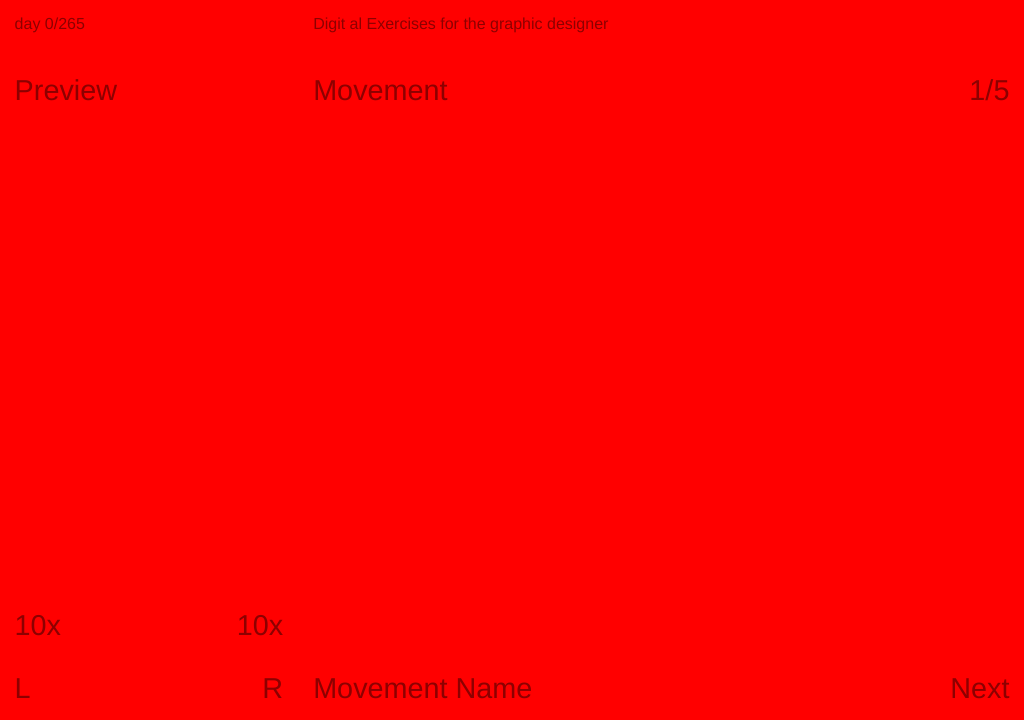
Repository: NoIdeasStudio/holiday-card-2024
Page: digit-al-exercises.html
These files come from the project's save history. The page is drawn as it stood at one moment and after the next save; the edit follows.
The browser window is 1024 px wide. The pictures show the whole page.

Above is the page before, as saved 2024-12-04 13:14:31.

### digit-al-exercises.html
<!DOCTYPE html>
<html lang="en">
<head>
    <meta charset="UTF-8">
    <meta name="viewport" content="width=device-width, initial-scale=1.0">
    <title>digit-al exercises</title>
    <link rel="stylesheet" href="style.css">
</head>
<body>

    <div class="wrapper">
        <header class="small-text header-1">day 0/265</header>
        <header class="small-text header-2">Digit al Exercises for the graphic designer</header>

        <content class="large-text content-header-1">Preview</content>
        <content class="large-text content-header-2">Movement</content>
        <content class="large-text content-header-3"><a href="http://"></a>1/5</content>

        <footer class="large-text content-footer-1">10x 10x</footer>
        <footer class="large-text content-footer-2">L R</footer>
        <footer class="large-text content-footer-3">Movement Name</footer>
        <footer class="large-text content-footer-4"><a href="http://">Next</a></footer>

      </div>

</body>
</html>

### style.css
* {
    box-sizing: border-box;
    background-color: #FF0000;
    color: #8D0000;
    margin: 0%;
    padding: 0%;
  }

  .wrapper {
    height: 100vh;
    width: 100vw;
    position: fixed;
    margin: 0 auto;
    display: grid;
    grid-template-columns: repeat(6, [col-start] 4fr);
    grid-template-rows: repeat(12, [row-start] 4fr);
    gap: 20px;
    padding: .6em;

  }

  .wrapper > * {
    padding: 5px;
  }

  .large-text{
    font: 1.8em Helvetica, arial, sans-serif;
  }
  .small-text{
    font: 1em Helvetica, arial, sans-serif;
  }
  a{
    text-decoration: none;
  }
  a:hover{
    text-decoration: underline dashed ;
    text-underline-offset: .15em;
  }
  .header-1{
    grid-column: col-start 1 / span 1;
    grid-row: 1 / 1;
  }
  .header-2{
    grid-column: col-start 2 / span 1;
    grid-row: 1 / 1;
  }
  .content-header-1{
    grid-column: col-start 1 / span 1;
    grid-row: 2 ;
  }
  .content-header-2{
    grid-column: col-start 3 / span 2;
    grid-row: 2 ;
  }
  .content-header-3{
    grid-column: col-start 5 / span 2;
    grid-row: 2 ;
    text-align: right;
  }

  .content-footer-1{
    grid-column: col-start 1 / span 1;
    grid-row: 11 ;
    text-align-last: justify;
  }
  .content-footer-2{
    grid-column: col-start 1 / span 1;
    grid-row: 12 ;
    text-align-last: justify;
  }
  .content-footer-3{
    grid-column: col-start 3 / span 2;
    grid-row: 12 ;
  }
  .content-footer-4{
    grid-column: col-start 5 / span 2;
    grid-row: 12 ;
    text-align: right;
  }



  @media (max-width: 1024px) {
    .wrapper {
        height: 100vh;
        width: 100vw;
        position: fixed;
        margin: 0 auto;
        display: grid;
        grid-template-columns: repeat(3, [col-start] 4fr);
        grid-template-rows: repeat(12, [row-start] 4fr);
        gap: 20px;
        padding: .6em;
  }
  .header-1{
    grid-column: col-start 1 / span 1;
    grid-row: 1 / 1;
  }
  .header-2{
    grid-column: col-start 2 / span 2;
    grid-row: 1 / 1;
  }
  .content-header-1{
    grid-column: col-start 1 / span 1;
    grid-row: 2 ;
  }
  .content-header-2{
    grid-column: col-start 2 / span 2;
    grid-row: 2 ;
  }
  .content-header-3{
    grid-column: col-start 5 / span 2;
    grid-row: 2 ;
    text-align: right;
  }

  .content-footer-1{
    grid-column: col-start 1 / span 1;
    grid-row: 11 ;
    text-align-last: justify;
  }
  .content-footer-2{
    grid-column: col-start 1 / span 1;
    grid-row: 12 ;
    text-align-last: justify;
  }
  .content-footer-3{
    grid-column: col-start 2 / span 2;
    grid-row: 12 ;
  }
  .content-footer-4{
    grid-column: col-start 5 / span 2;
    grid-row: 12 ;
    text-align: right;
  }
}
  @media (min-width: 2000px) {
    .wrapper {
        height: 100vh;
        width: 100vw;
        position: fixed;
        margin: 0 auto;
        display: grid;
        grid-template-columns: repeat(6, [col-start] 4fr);
        grid-template-rows: repeat(12, [row-start] 4fr);
        gap: 20px;
        padding: .6em;
    }

        .large-text{
            font: 3em Helvetica, arial, sans-serif;
          }
        .small-text{
            font: 1.7em Helvetica, arial, sans-serif;
          }


}

  /* @media (min-width: 700px) {
    .wrapper {
      grid-template-columns: 1fr 4fr 1fr;
      grid-template-areas:
        "header header  header"
        "nav    content sidebar"
        "nav    content ad"
        "footer footer  footer";
    }
    nav ul {
      flex-direction: column;
    }
  } */

After the next save:
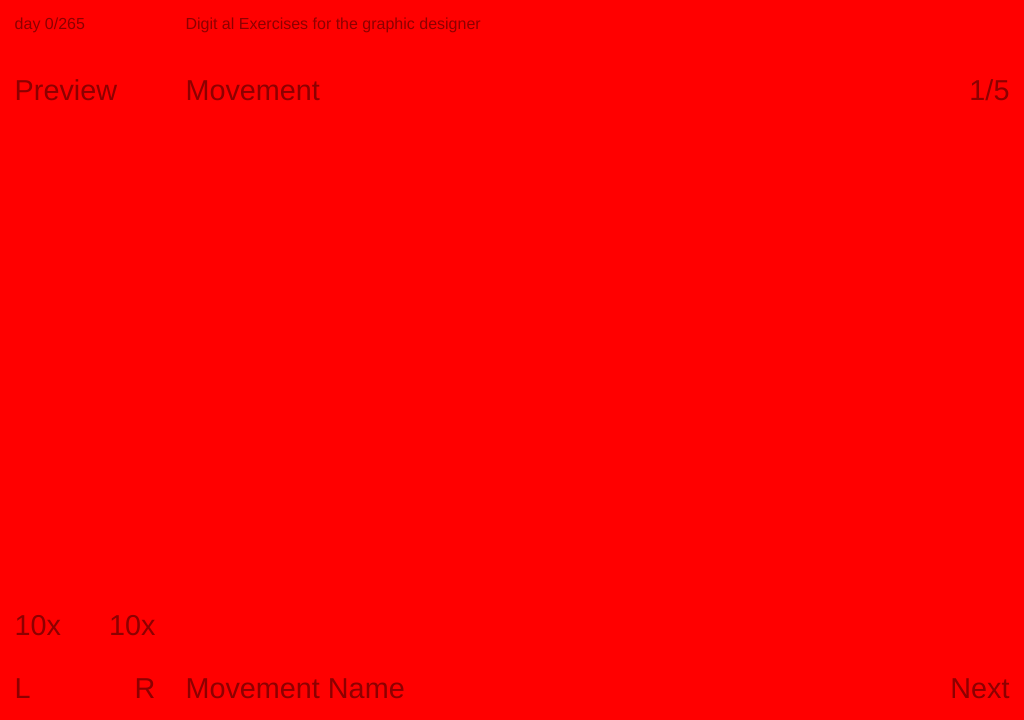
Saved 36 s later.
--- a/style.css
+++ b/style.css
@@ -87,7 +87,7 @@
         position: fixed;
         margin: 0 auto;
         display: grid;
-        grid-template-columns: repeat(3, [col-start] 4fr);
+        grid-template-columns: repeat(6, [col-start] 4fr);
         grid-template-rows: repeat(12, [row-start] 4fr);
         gap: 20px;
         padding: .6em;
